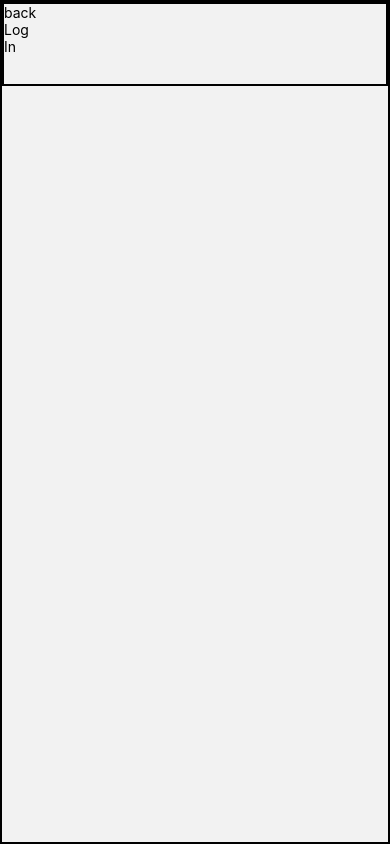
Repository: kgayathridevi/pregband
Screen: /
The author's editor kept a copy of each file at every save. The screen is drawn from the files as they stood at one save, then again after the next save.
The app was drawn by React Native's web renderer in a window 390 px wide. The project was rebuilt for these pictures with package versions that can differ from the ones it lists, and the page was loaded fresh each time. Also part of the build but not shown: component/SignUpScreen.jsx, component/Home.jsx.

Above is the screen before, as saved 2023-04-28 13:05:54.

After the next save:
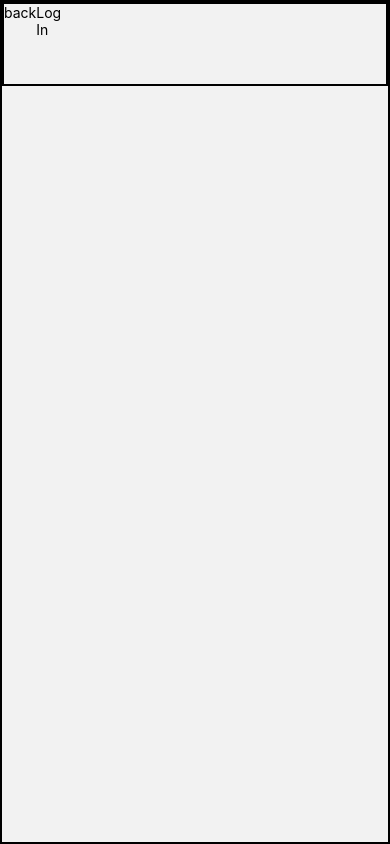
Saved 34 s later.
--- a/component/LogInScreen.jsx
+++ b/component/LogInScreen.jsx
@@ -36,5 +36,6 @@ const styles = StyleSheet.create({
   headerContainer: {
     borderWidth: 2,
     height: "10%",
+    flexDirection: "row",
   },
 });
